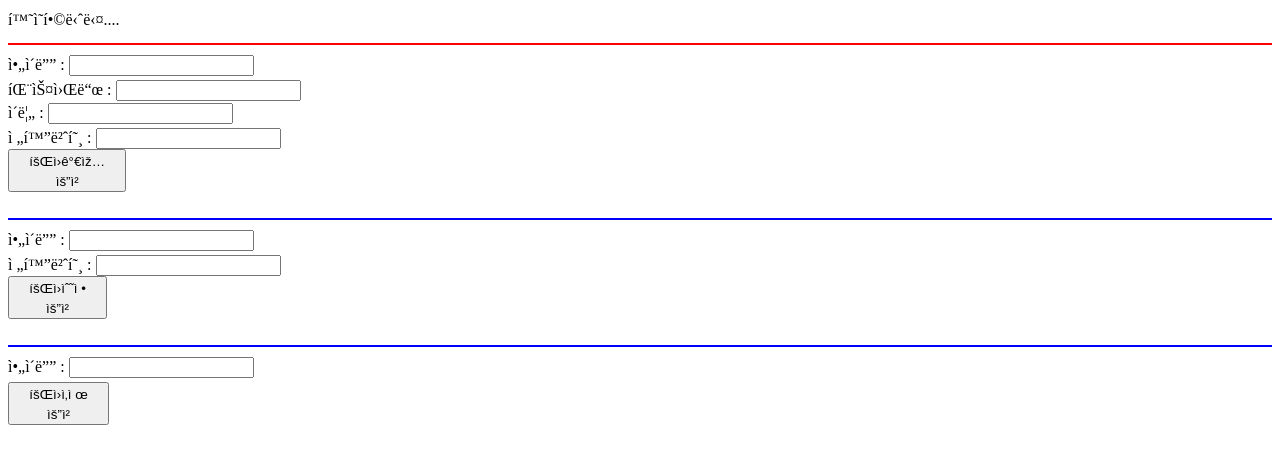
Repository: songhyeonjun/java
Page: http://localhost/group_project/list.jsp
The author's editor kept a copy of each file at every save. The page is drawn from the files as they stood at one save, then again after the next save.
The browser window is 1280 px wide. The pictures show the whole page.
The page is served by Tomcat 9.

Above is the page before, as saved 2022-02-14 09:07:13.

After the next save:
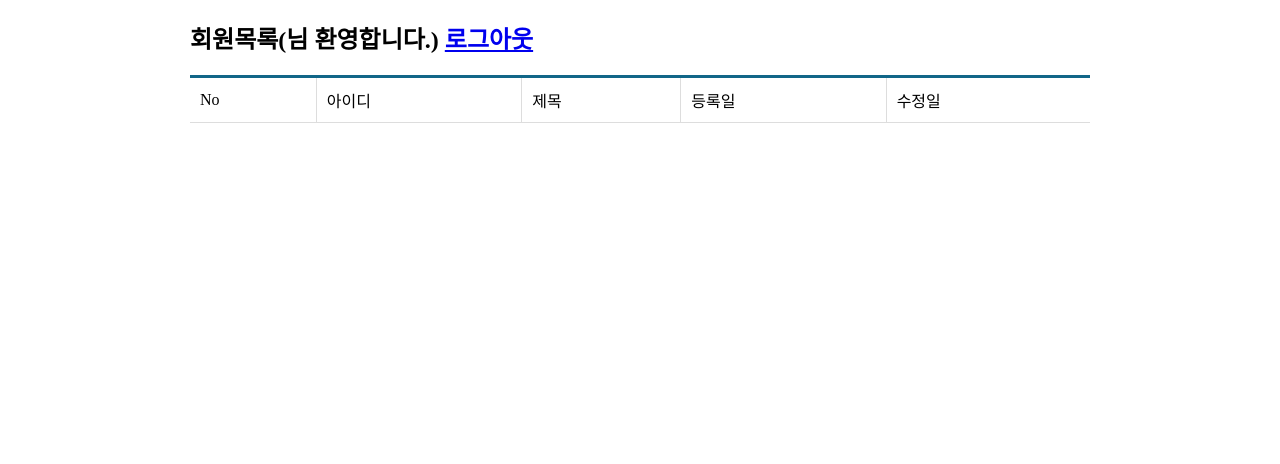
Saved 5 min 52 s later.
--- a/group_project/src/main/webapp/list.jsp
+++ b/group_project/src/main/webapp/list.jsp
@@ -1,33 +1,40 @@
+<%@ page language="java" contentType="text/html; charset=UTF-8"
+    pageEncoding="UTF-8"%>
+    <%@ taglib prefix="c" uri="http://java.sun.com/jsp/jstl/core" %>
+    	<%@ taglib prefix="fmt" uri="http://java.sun.com/jsp/jstl/fmt" %>
+<c:set var="contextPath" value="${pageContext.request.contextPath}"/>
 <!DOCTYPE html>
 <html>
-	<head>
-		<meta charset="UTF-8">
-		<title>Insert title here</title>
-	</head>
-	<body>
-	환영합니다....<br>
-	<hr color='red'>
-	<form action="create.jsp">
-	아이디 : <input type="text" name="id"><br>
-	패스워드 : <input type="text" name="pw"><br>
-	이름 : <input type="text" name="name"><br>
-	전화번호 : <input type="text" name="tel"><br>
-	<button>회원가입 요청</button>
-	</form>
+<head>
+<meta charset="UTF-8">
+<title>회원목록</title>
+<link rel="stylesheet" type="text/css" href="${contextPath}/css/style.css"/>
 
-	<br>
-	<hr color="blue">
-	<form action="update.jsp">
-	아이디 : <input type="text" name="id"><br>
-	전화번호 : <input type="text" name="tel"><br>
-	<button>회원수정 요청</button>
-	</form>
-
-	<br>
-	<hr color="blue">
-	<form action="delete.jsp">
-	아이디 : <input type="text" name="id"><br>
-	<button>회원삭제 요청</button>
-	</form>
-	</body>
+</head>
+<body>
+<div class="container">
+	<div class="section">
+		<h2>회원목록(${sessionScope.user_name}님 환영합니다.) <a href="logout">로그아웃</a></h2>
+			<table class="bluetop">
+				<tr>
+					<td>No</td>
+					<td>아이디</td>
+					<td>제목</td>
+					<td>등록일</td>
+					<td>수정일</td>
+									</tr>
+				<c:forEach var="member" items="${member_list}" varStatus="status">
+				<tr>
+					<td>${member.idx}</td>
+					<td><a href="${contextPath}/memberView?idx=${member.m_idx}">${member.m_name}</a></td>
+					<td>${member.id}</td>
+					<td>${member.title}</td>
+					<td><fmt:formatDate value="${member.mdfydate}" pattern="yyyy-MM-dd"/></td>
+					<td><fmt:formatDate value="${member.rgstdate}" pattern="yyyy-MM-dd"/></td>
+				</tr>
+				</c:forEach>
+			</table>
+	</div>
+</div>
+</body>
 </html>
